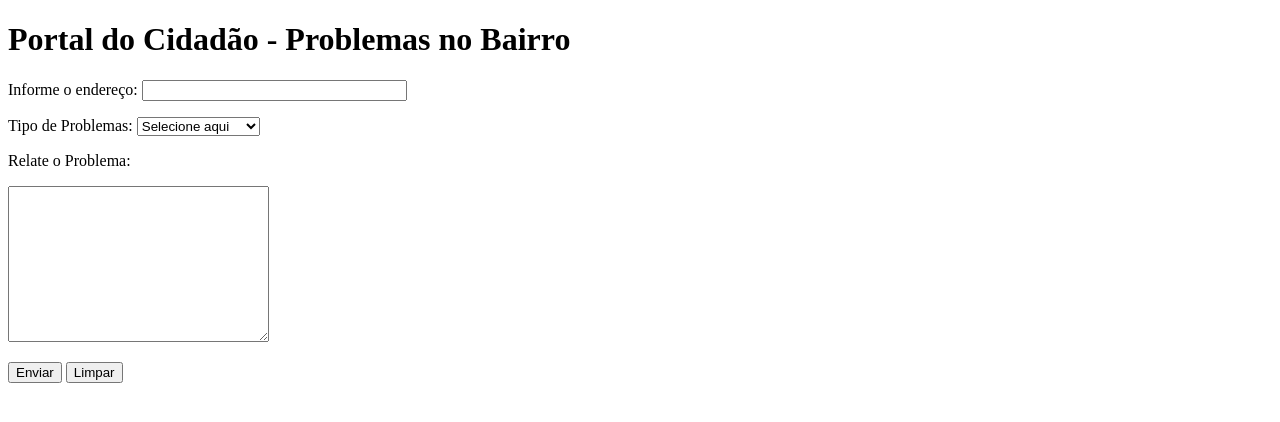
Repository: Marcelinalima/Java_JSP
Page: formulario_ex/src/main/webapp/reclamacoes.html
An editor plug-in stored every save of this project. The page is shown before and after the next save, followed by the edit.
The browser window is 1280 px wide. The pictures show the whole page.

Above is the page before, as saved 2023-04-17 14:56:12.

After the next save:
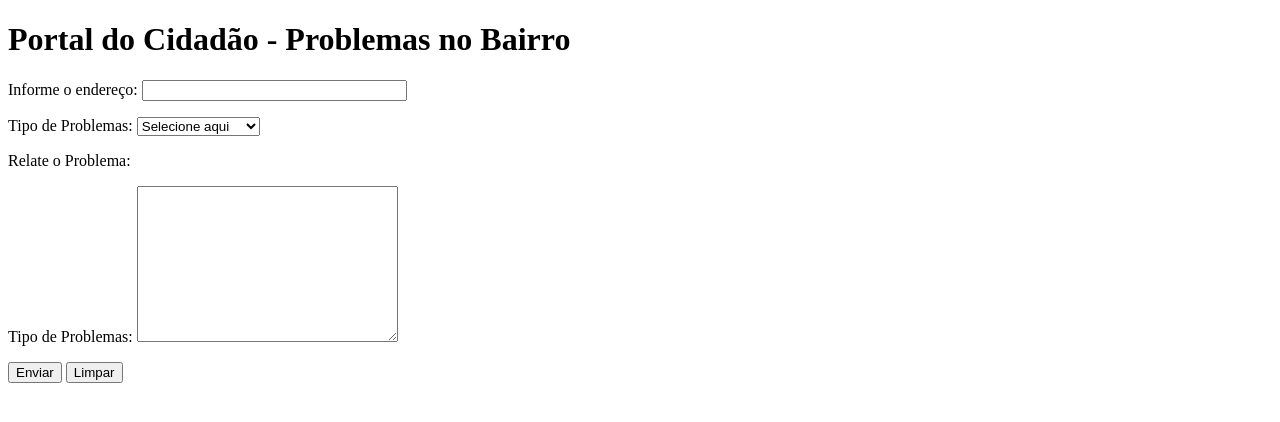
Saved 45 min 53 s later.
--- a/formulario_ex/src/main/webapp/reclamacoes.html
+++ b/formulario_ex/src/main/webapp/reclamacoes.html
@@ -11,9 +11,7 @@
 
       <p>Informe o endereço: <input type="text" name="p_nome" size="30" /></p>
 
-
-
-		<label for= "tipo de problema">Tipo de Problemas:</label>
+		<label for= "tipo de problemas">Tipo de Problemas:</label>
 		<select name="Tipo de problema">
 		<option selected="selected" disabled>Selecione aqui</option>
 		<option value="hospitais"> Hospitais</option>
@@ -24,6 +22,7 @@
 	    </select>
 
 		<p>Relate o Problema:</p>
+		<label for= "tipo de problemas">Tipo de Problemas:</label>
 		 <textarea name="message" rows="10" cols="30">
 		 </textarea>
 
@@ -36,8 +35,5 @@
 
 
 
-
-		</select>
-
 </body>
 </html>

After the save that followed:
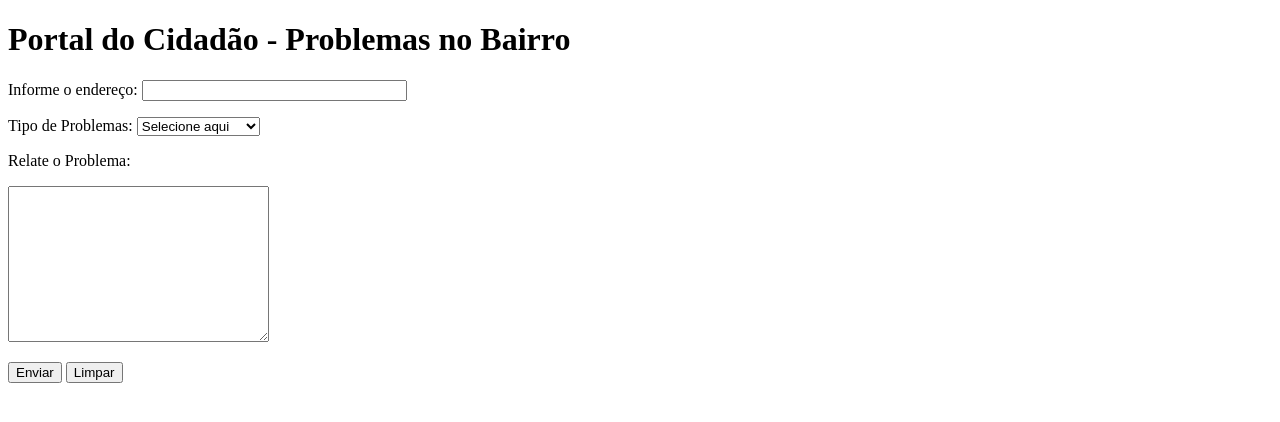
Saved 75 s later.
--- a/formulario_ex/src/main/webapp/reclamacoes.html
+++ b/formulario_ex/src/main/webapp/reclamacoes.html
@@ -22,7 +22,7 @@
 	    </select>
 
 		<p>Relate o Problema:</p>
-		<label for= "tipo de problemas">Tipo de Problemas:</label>
+		<label for="Tipo de Problemas":</label>
 		 <textarea name="message" rows="10" cols="30">
 		 </textarea>
 
